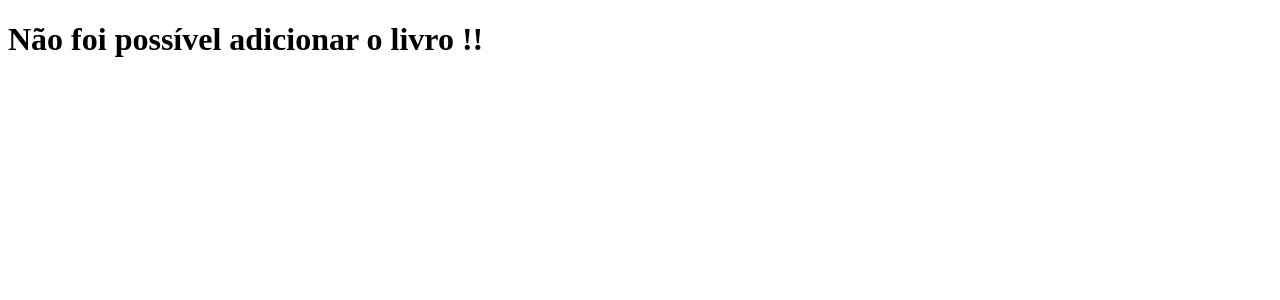
Repository: lmsmorais/ProjectEpiousion
Page: http://localhost/LibraryProject/jsp/livroFail.jsp
An editor plug-in stored every save of this project. The page is shown before and after the next save, followed by the edit.
The browser window is 1280 px wide. The pictures show the whole page.
The page is served by Tomcat 9.

Above is the page before, as saved 2020-11-10 17:14:45.

After the next save:
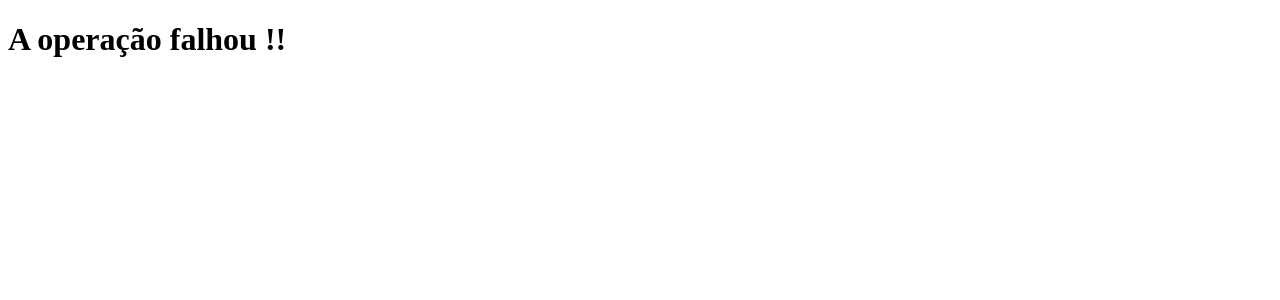
Saved 99 s later.
--- a/LibraryProject/WebContent/jsp/livroFail.jsp
+++ b/LibraryProject/WebContent/jsp/livroFail.jsp
@@ -4,8 +4,8 @@
 <html>
 <head>
 <meta charset="ISO-8859-1">
-<title>Insert title here</title>
+<title>Fail</title>
 </head>
-	<h1>Não foi possível adicionar o livro !!</h1>
+	<h1>A operação falhou !!</h1>
 </body>
 </html>
